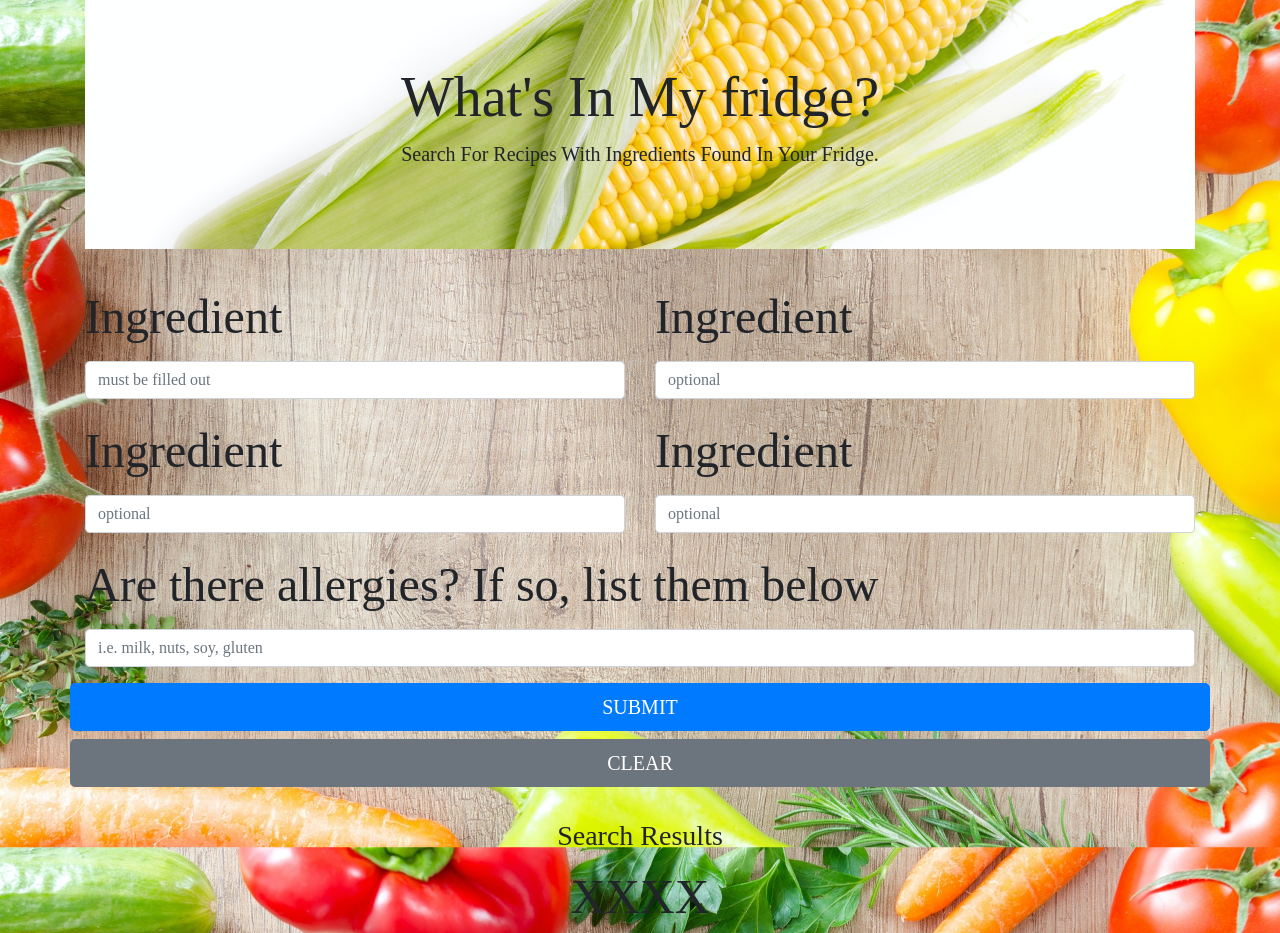
Repository: ogipajic/Recipe_API
Page: index.html
An editor plug-in stored every save of this project. The page is shown before and after the next save, followed by the edit.
The browser window is 1280 px wide. The pictures show the whole page.
Backgrounds fixed to the window are drawn as part of the page. Some web fonts or font styles are not loaded; a fallback is used.

Above is the page before, as saved 2020-07-06 19:24:53.

After the next save:
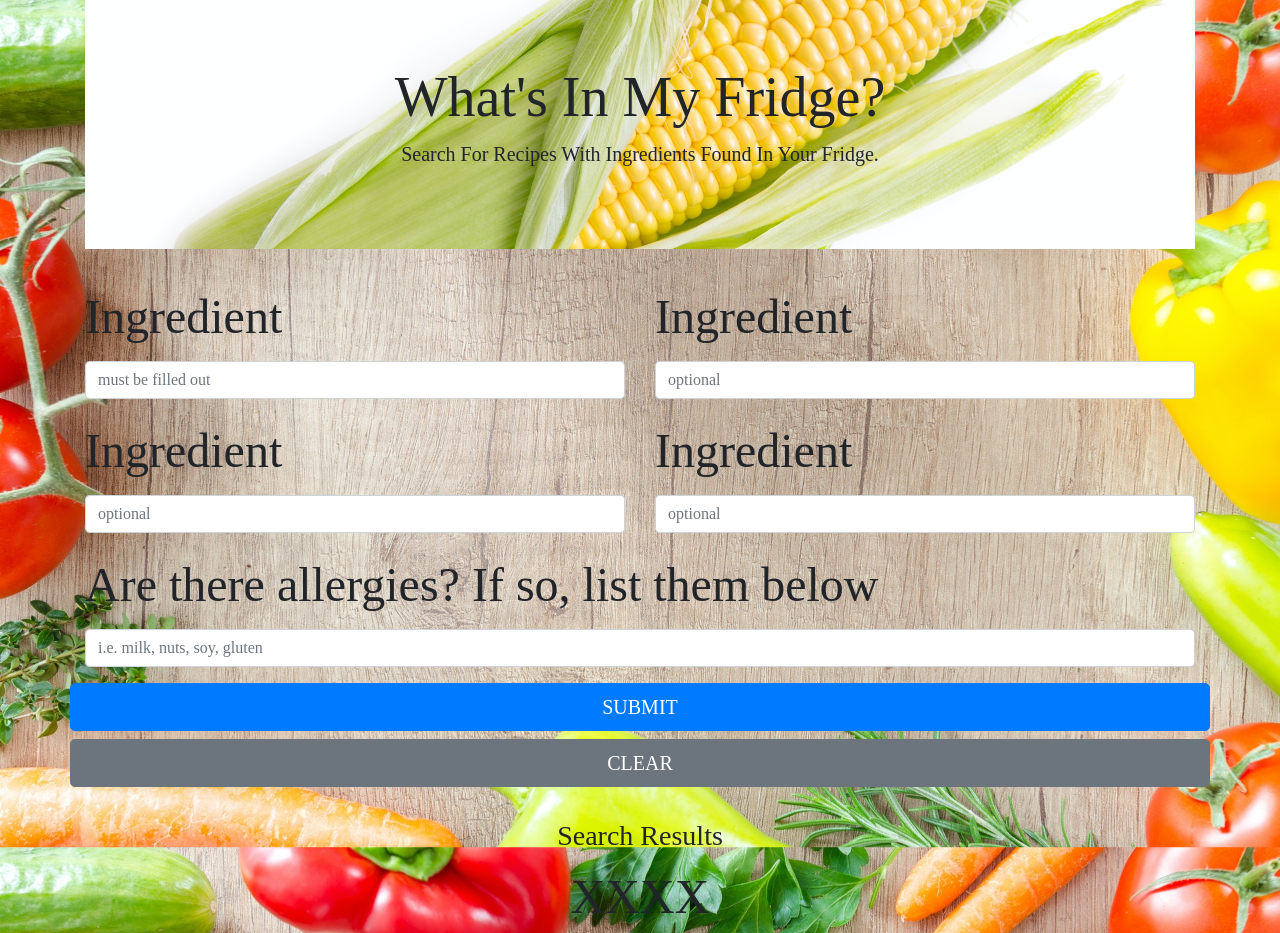
Saved 10 s later.
--- a/index.html
+++ b/index.html
@@ -17,7 +17,7 @@
         <div class="jumbotron jumbotron-fluid">
             <div class="img"></div>
             <div class="container">
-              <h1 class="display-4">What's In My fridge?</h1>
+              <h1 class="display-4">What's In My Fridge?</h1>
               <p class="lead">Search For Recipes With Ingredients Found In Your Fridge.</p>
             </div>
           </div>
